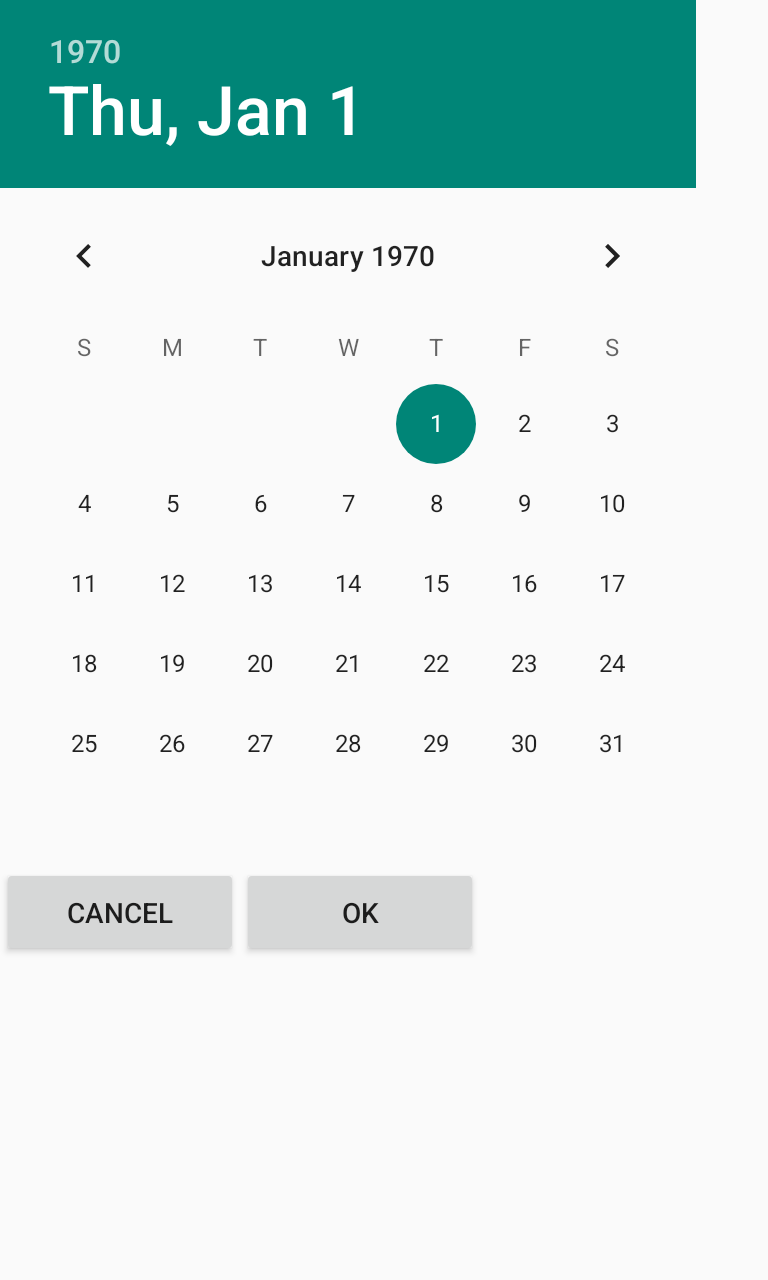
Repository: MobileApps-Cascadia/JenniferBronson_ExercisesChapter5
Layout: MyContactList/res/layout/dateselect.xml
These files come from the project's save history. The layout is drawn as it stood at one moment and after the next save; the edit follows.
It is drawn on a 768 x 1280 px phone screen (xhdpi) without system bars, with theme AppTheme; the app's code is not run.

Above is the layout before, as saved 2014-04-28 04:19:24.

### MyContactList/res/layout/dateselect.xml
<?xml version="1.0" encoding="utf-8"?>
<LinearLayout xmlns:android="http://schemas.android.com/apk/res/android"
    android:id="@+id/dateSelectLayout"
    android:layout_width="match_parent"
    android:layout_height="match_parent"
    android:orientation="vertical" >

    <DatePicker
        android:id="@+id/birthdayPicker"
        android:calendarViewShown="false"
        android:layout_width="wrap_content"
        android:layout_height="wrap_content" />

    <TableLayout
        android:layout_width="match_parent"
        android:layout_height="wrap_content" >

        <TableRow
            android:id="@+id/tableRow1"
            android:layout_width="wrap_content"
            android:layout_height="wrap_content" >

            <Button
                android:id="@+id/btnCancel"
                android:layout_width="120dp"
                android:layout_height="wrap_content"
                android:text="Cancel" />

            <Button
                android:id="@+id/btnOk"
                android:layout_width="120dp"
                android:layout_height="wrap_content"
                android:text="Ok" />

        </TableRow>
    </TableLayout>

</LinearLayout>

Loaded but not shown: MyContactList/res/values/styles.xml (common file); MyContactList/res/values-v11/styles.xml (common file); MyContactList/res/values-v14/styles.xml (common file)

After the next save:
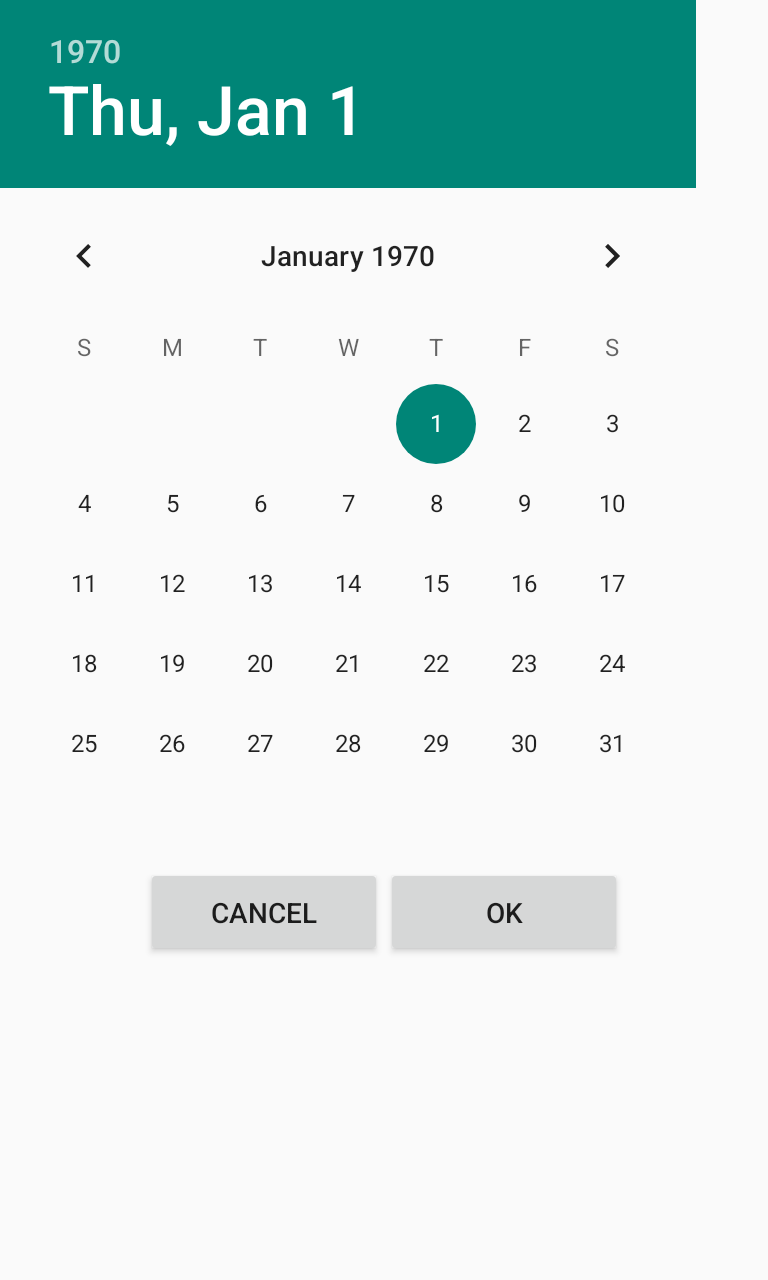
Saved 17 min 44 s later.
--- a/MyContactList/res/layout/dateselect.xml
+++ b/MyContactList/res/layout/dateselect.xml
@@ -18,7 +18,8 @@
         <TableRow
             android:id="@+id/tableRow1"
             android:layout_width="wrap_content"
-            android:layout_height="wrap_content" >
+            android:layout_height="wrap_content"
+            android:gravity="center_horizontal" >
 
             <Button
                 android:id="@+id/btnCancel"
